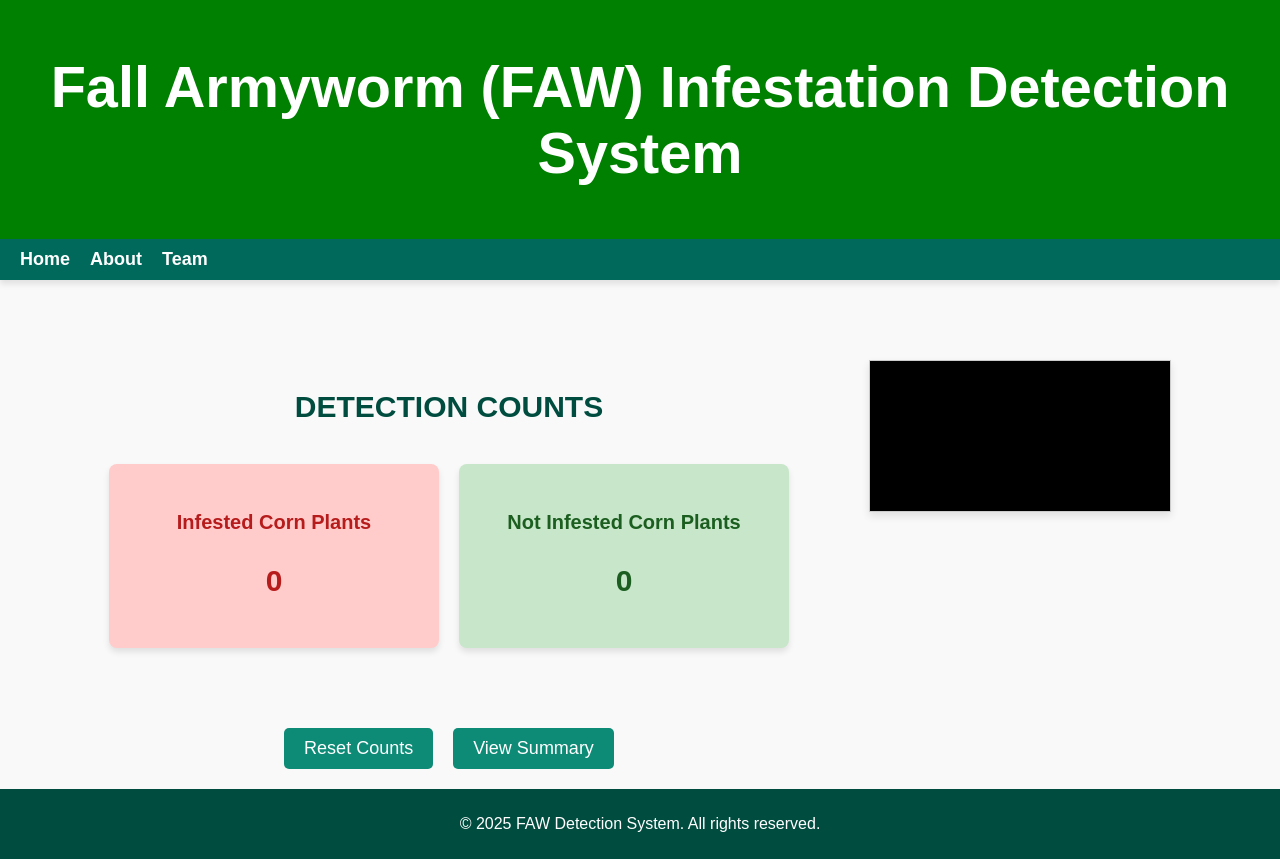
Repository: jansen223/faw-detection-main
Page: /
The author's editor kept a copy of each file at every save. The page is drawn from the files as they stood at one save, then again after the next save.
The browser window is 1280 px wide. The pictures show the whole page.
The page's requests for data from a server got no answer. The project was rebuilt for these pictures with package versions that can differ from the ones it lists, and the page was loaded fresh each time. No one was signed in, and anything a server would have sent is missing. Also part of the build but not shown: src/pages/About.css, src/pages/About.js, src/pages/Team.css, src/pages/Team.js, src/pages/Summary.css, src/pages/Summary.js.

Above is the page before, as saved 2025-04-14 00:55:45.

After the next save:
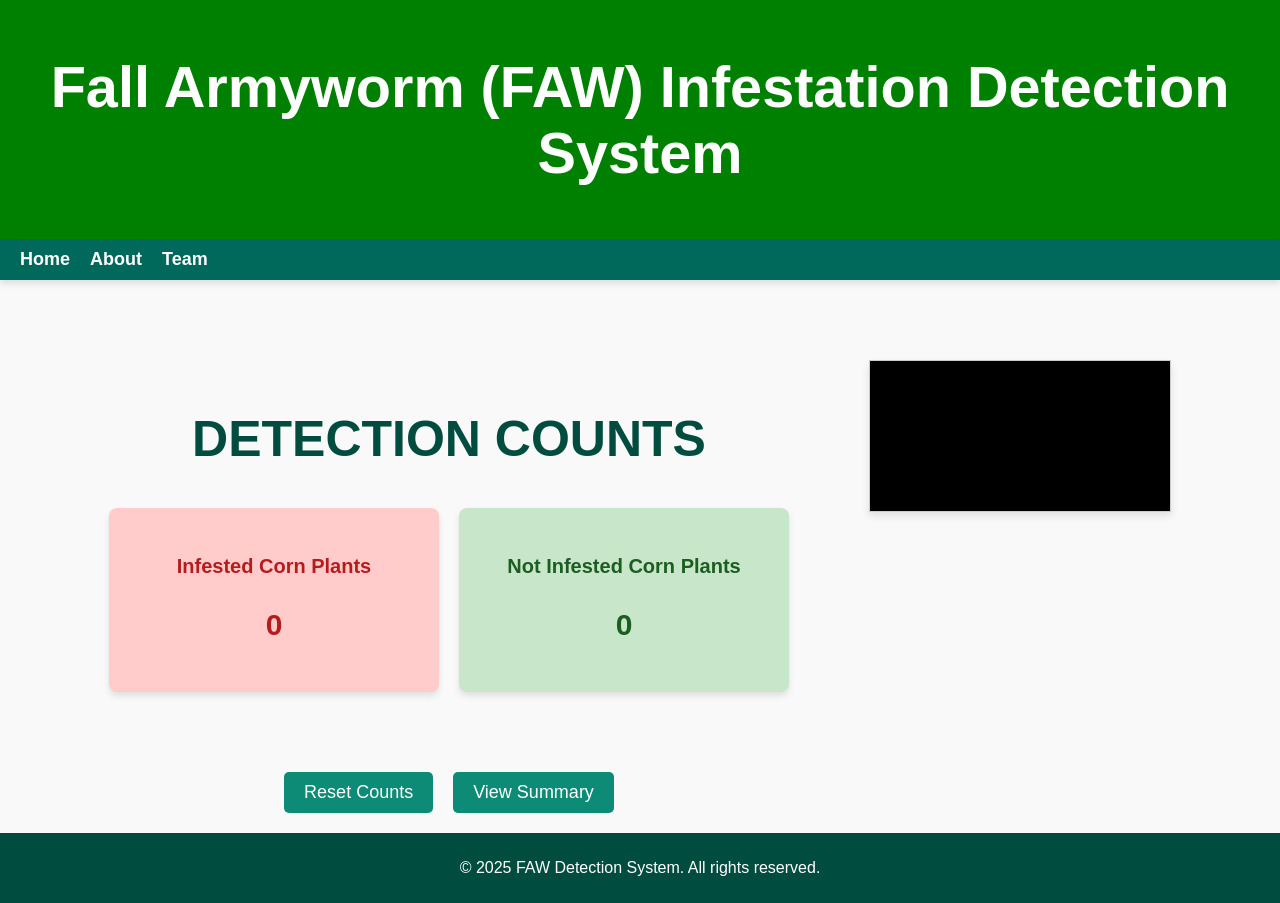
Saved 18 s later.
--- a/src/pages/Home.css
+++ b/src/pages/Home.css
@@ -17,7 +17,7 @@
 }
 
 .detection-section h3 {
-  font-size: 30px;
+  font-size: 50px;
   font-weight: black;
   color: #004d40;
   margin-bottom: 20px;

After the save that followed:
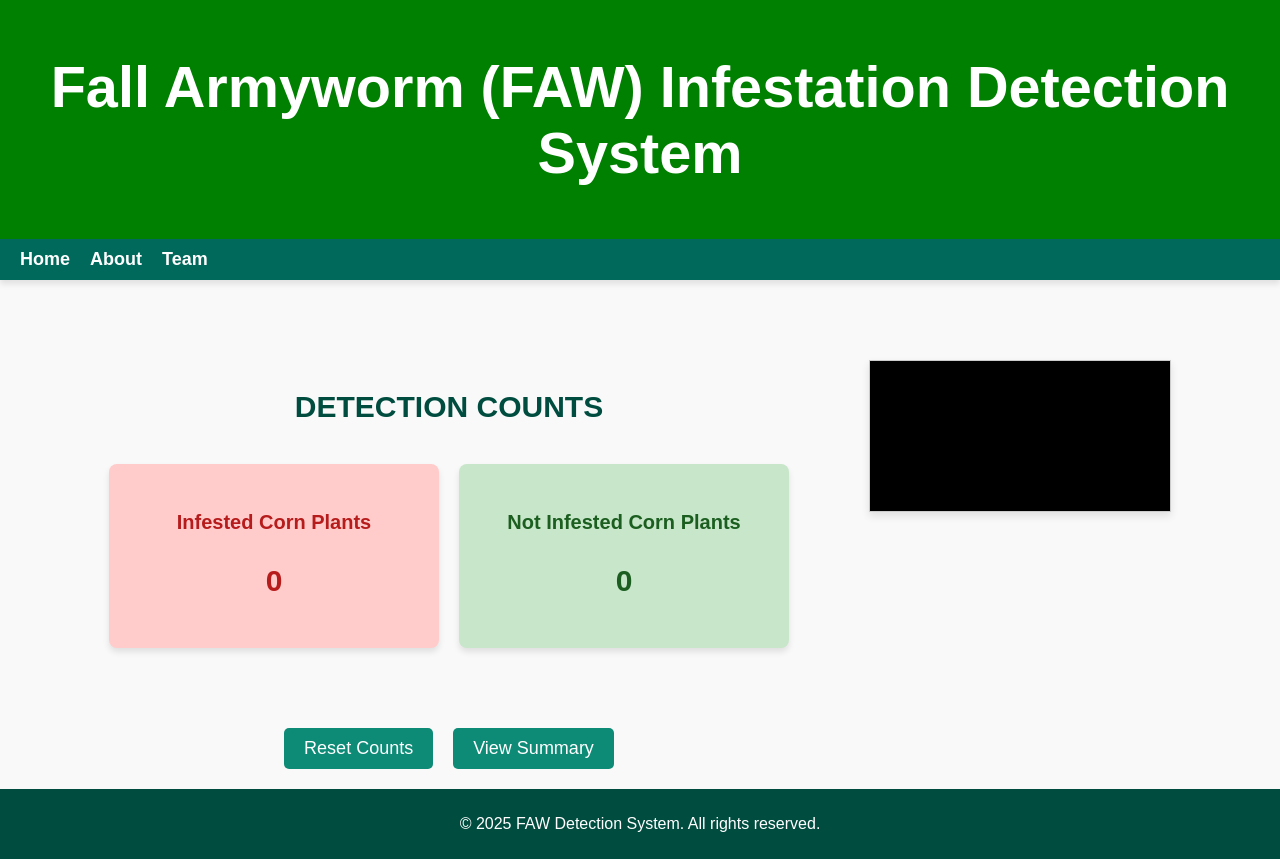
Saved 8 s later.
--- a/src/pages/Home.css
+++ b/src/pages/Home.css
@@ -17,7 +17,7 @@
 }
 
 .detection-section h3 {
-  font-size: 50px;
+  font-size: 30px;
   font-weight: black;
   color: #004d40;
   margin-bottom: 20px;
